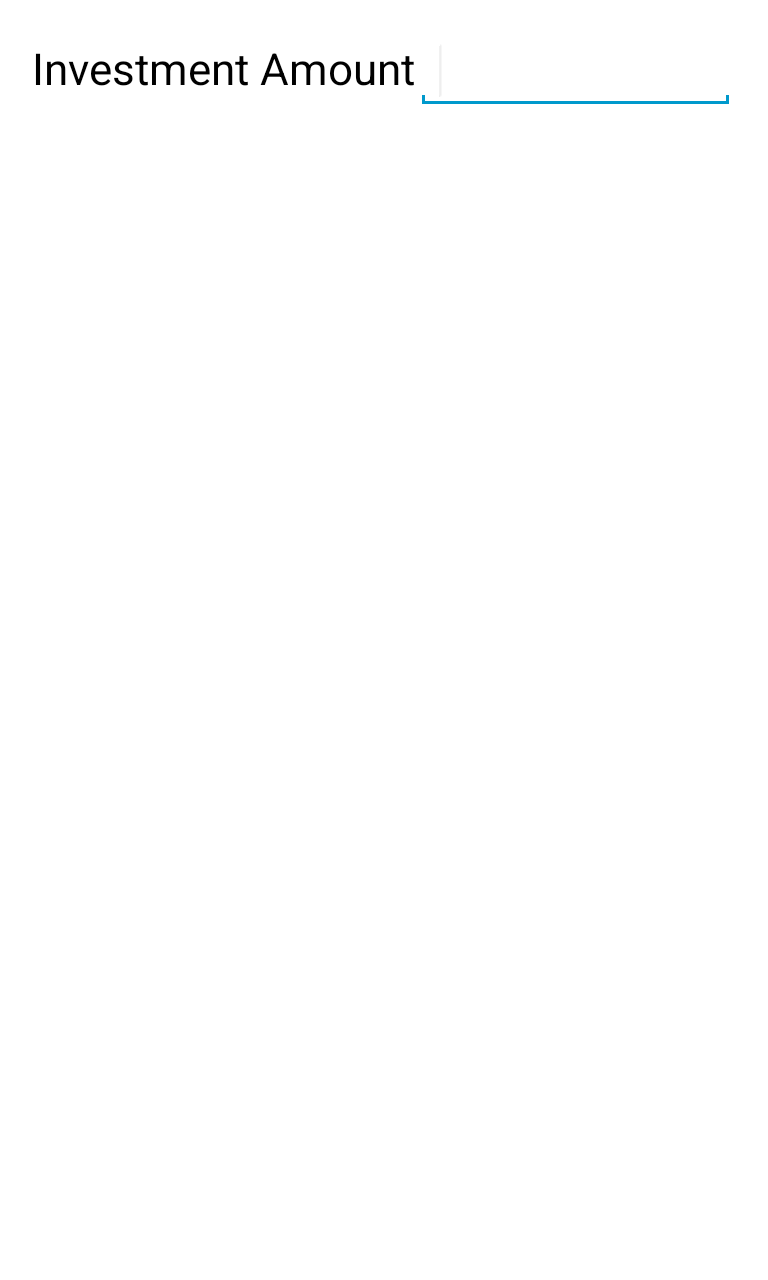
Repository: murrayr7/CISC181.PS5
Layout: FutureValueOfInvestment/res/layout/activity_main.xml
These files come from the project's save history. The layout is drawn as it stood at one moment and after the next save; the edit follows.
It is drawn on a 768 x 1280 px phone screen (xhdpi) without system bars, with theme AppTheme; the app's code is not run.

Above is the layout before, as saved 2014-10-25 02:09:02.

After the next save:
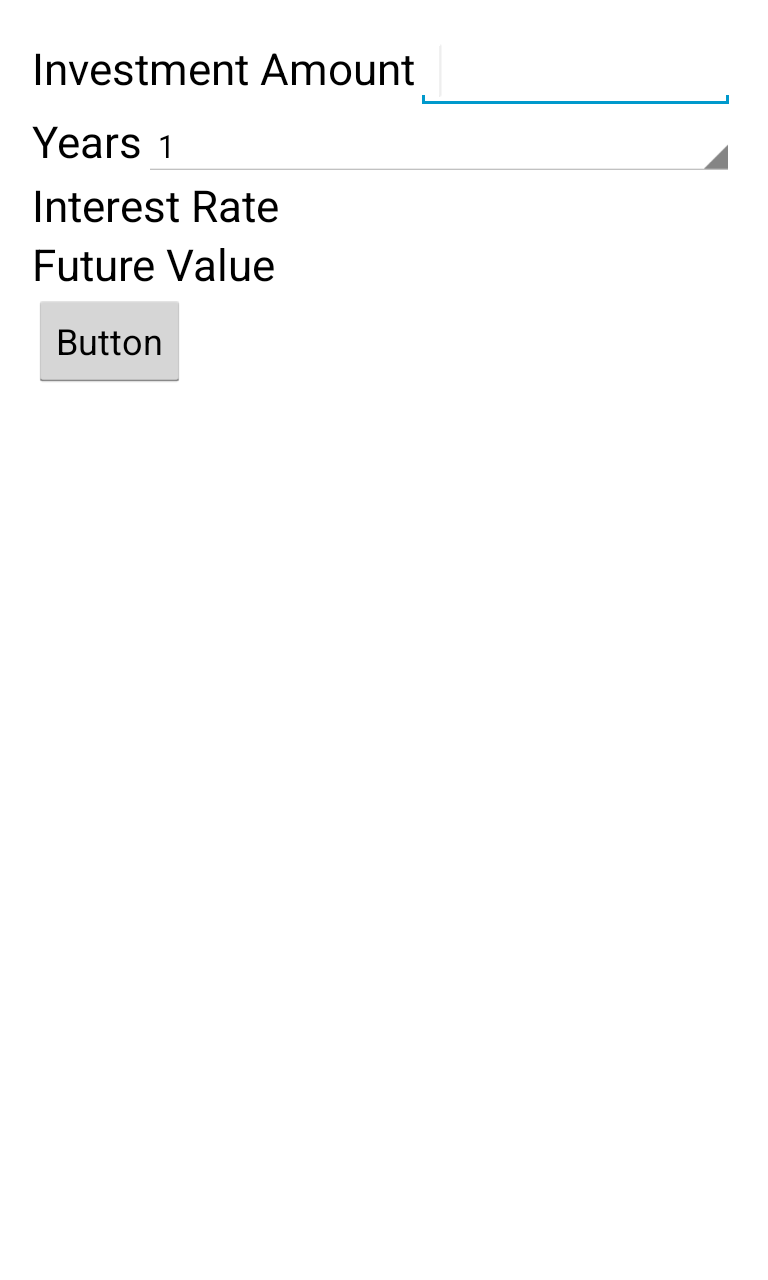
Saved 30 s later.
--- a/FutureValueOfInvestment/res/layout/activity_main.xml
+++ b/FutureValueOfInvestment/res/layout/activity_main.xml
@@ -33,4 +33,56 @@
 
     </LinearLayout>
 
+    <LinearLayout
+        android:layout_width="match_parent"
+        android:layout_height="wrap_content" >
+
+        <TextView
+            android:id="@+id/textView2"
+            android:layout_width="wrap_content"
+            android:layout_height="wrap_content"
+            android:text="Years"
+            android:textAppearance="?android:attr/textAppearanceLarge" />
+
+        <Spinner
+            android:id="@+id/spinner1"
+            android:layout_width="wrap_content"
+            android:layout_height="wrap_content"
+            android:layout_weight="1"
+            android:entries="@array/year_values" />
+
+    </LinearLayout>
+
+    <LinearLayout
+        android:layout_width="match_parent"
+        android:layout_height="wrap_content" >
+
+        <TextView
+            android:id="@+id/textView3"
+            android:layout_width="wrap_content"
+            android:layout_height="wrap_content"
+            android:text="Interest Rate"
+            android:textAppearance="?android:attr/textAppearanceLarge" />
+
+    </LinearLayout>
+
+    <LinearLayout
+        android:layout_width="match_parent"
+        android:layout_height="wrap_content" >
+
+        <TextView
+            android:id="@+id/textView4"
+            android:layout_width="wrap_content"
+            android:layout_height="wrap_content"
+            android:text="Future Value"
+            android:textAppearance="?android:attr/textAppearanceLarge" />
+
+    </LinearLayout>
+
+    <Button
+        android:id="@+id/button1"
+        android:layout_width="wrap_content"
+        android:layout_height="wrap_content"
+        android:text="Button" />
+
 </LinearLayout>
